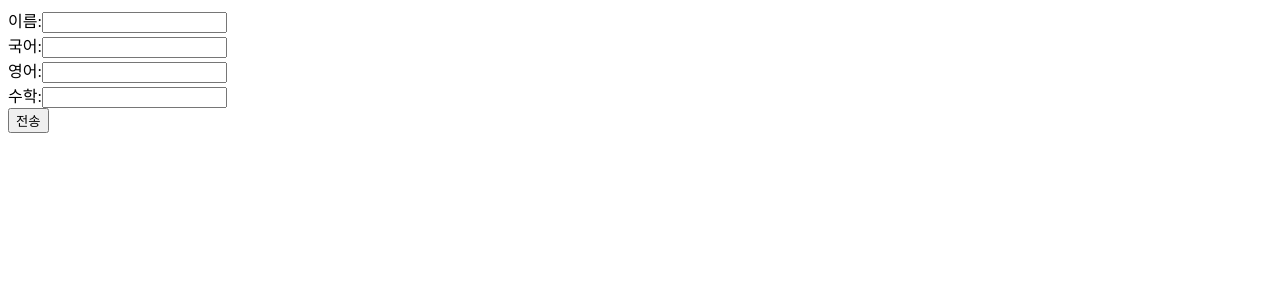
Repository: yubeens/JSP
Page: http://localhost/JSP_Project/exam/scoreInput_jquery.jsp
These files come from the project's save history. The page is drawn as it stood at one moment and after the next save; the edit follows.
The browser window is 1280 px wide. The pictures show the whole page.
The page is served by Tomcat 9.

Above is the page before, as saved 2025-02-27 03:18:30.

After the next save:
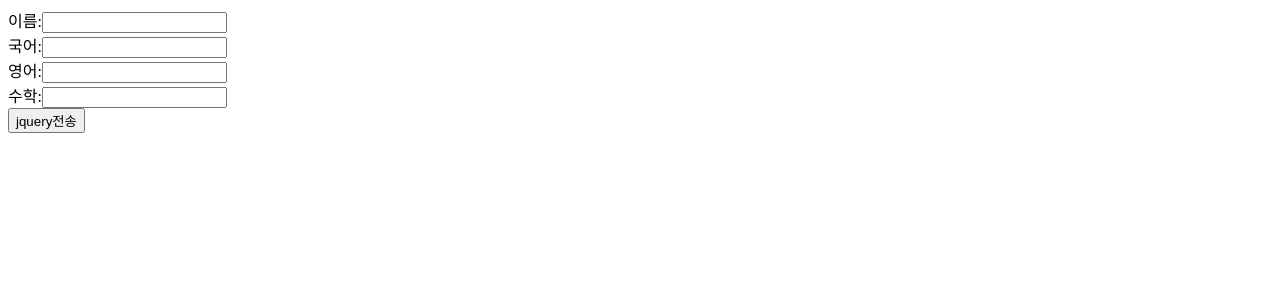
Saved 20 s later.
--- a/JSP_Project/src/main/webapp/exam/scoreInput_jquery.jsp
+++ b/JSP_Project/src/main/webapp/exam/scoreInput_jquery.jsp
@@ -12,7 +12,7 @@
 국어:<input type="text" name="kor"><br/>
 영어:<input type="text" name="eng"><br/>
 수학:<input type="text" name="math"><br/>
-<input type="submit" value="전송"/>
+<button type="button">jquery전송</button>
 </form>
 </body>
 </html>
